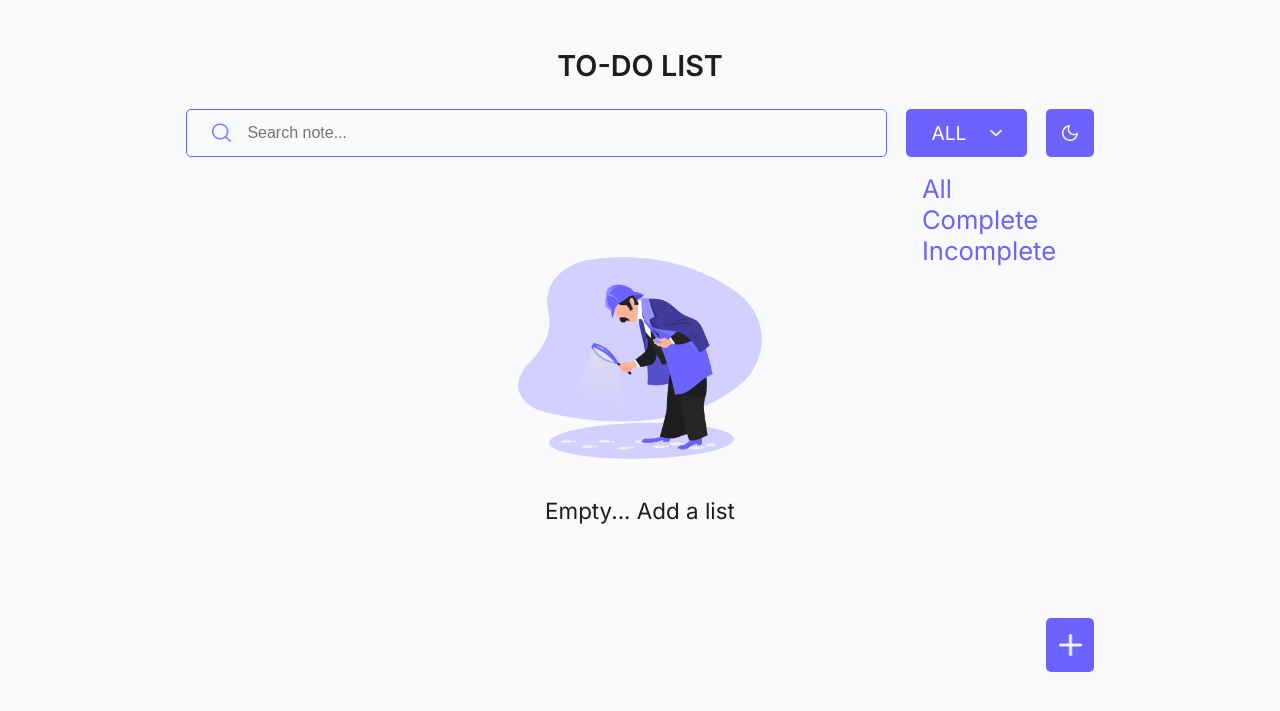
Repository: Marykeje/To-do-list
Page: index.html
These files come from the project's save history. The page is drawn as it stood at one moment and after a run of saves; the edit follows.
The browser window is 1280 px wide. The pictures show the whole page.
The style sheet was rebuilt from its Sass, Less or Tailwind sources for each picture, by a compiler version that may differ from the author's.

Above is the page before, as saved 2025-12-03 11:09:09.

After the next 2 saves:
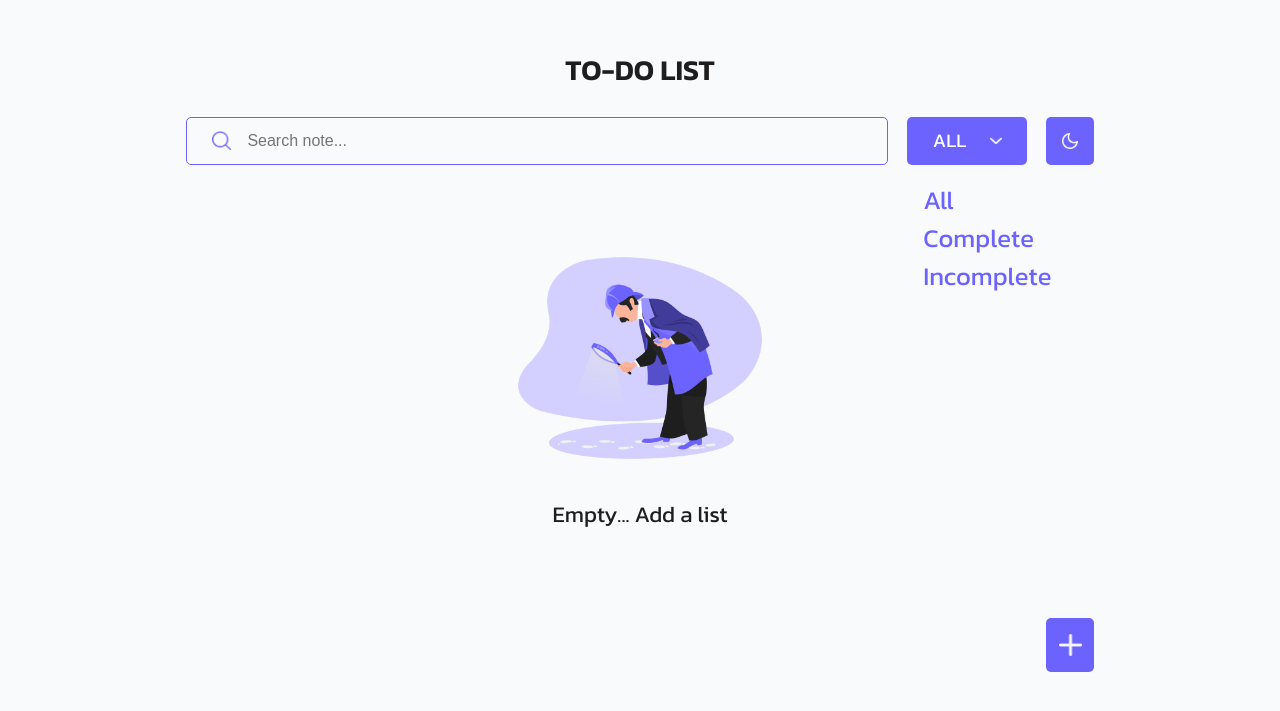
The 2 saves are shown as one change because they came seconds apart.
The last was saved 20 s later.
--- a/sass/pages/style.scss
+++ b/sass/pages/style.scss
@@ -19,7 +19,7 @@
 body {
   font-size: 1.6rem;
   // font-weight: 500;
-  font-family: "Inter", sans-serif;
+  font-family: "Kanit", sans-serif;
   background-color: #f9fafb;
   color: #1e1e1e;
 }
